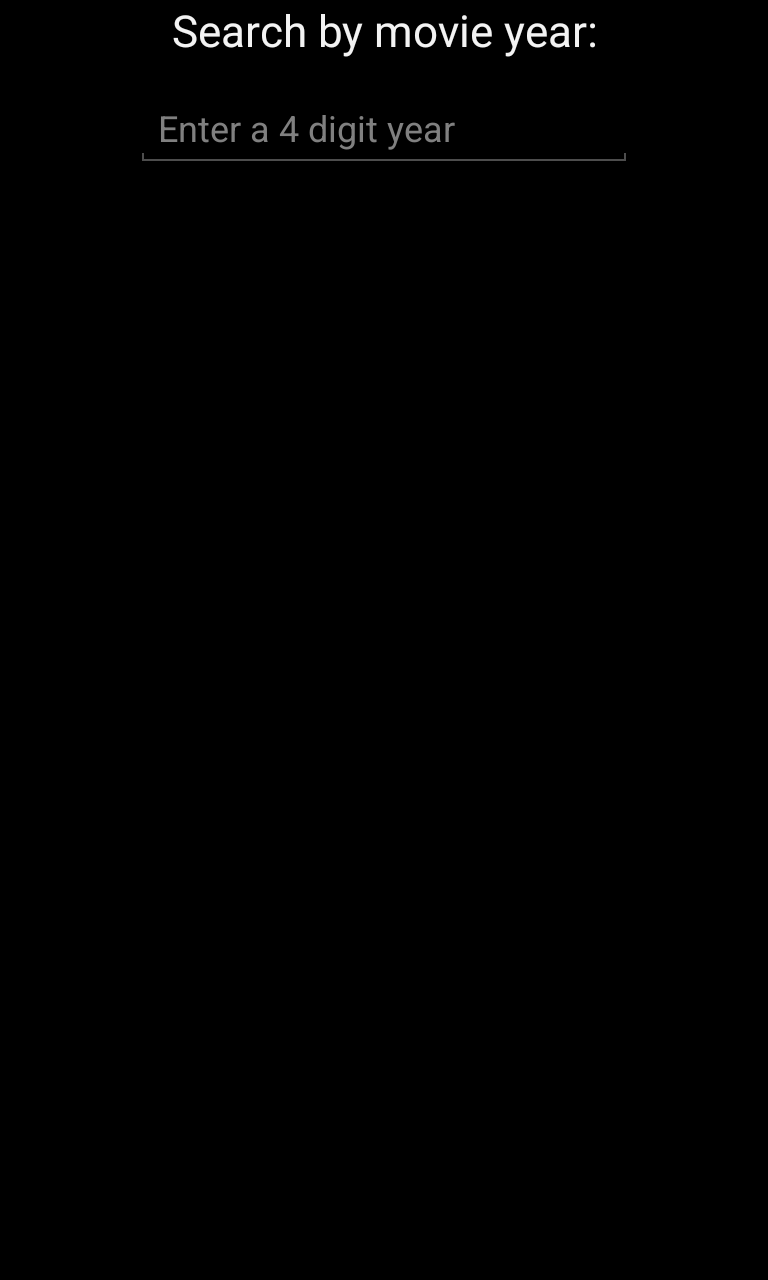
Repository: laurenelder/Java2_Elder
Layout: MovieLookup/res/layout/search_dialog.xml
An editor plug-in stored every save of this project. The layout is shown before and after the next save, followed by the edit.
It is drawn on a 768 x 1280 px phone screen (xhdpi) without system bars, with theme android:Theme.Holo; the app's code is not run. Lists and similar views that code fills are empty.

Above is the layout before, as saved 2014-08-01 01:04:38.

### MovieLookup/res/layout/search_dialog.xml
<?xml version="1.0" encoding="utf-8"?>
<LinearLayout xmlns:android="http://schemas.android.com/apk/res/android"
    android:layout_width="match_parent"
    android:layout_height="match_parent"
    android:orientation="vertical" >

    <TextView
        android:id="@+id/searchText"
        android:layout_width="250dp"
        android:layout_height="wrap_content"
        android:layout_gravity="center"
        android:gravity="center"
        android:textAppearance="?android:attr/textAppearanceLarge"
        android:text="@string/search_dialog_text" />

    <EditText
        android:id="@+id/searchDialogField"
        android:layout_width="250dp"
        android:layout_height="40dp"
        android:layout_marginTop="15dp"
        android:layout_marginBottom="7dp"
        android:layout_gravity="center"
        android:hint="@string/search_dialog_hint"/>

</LinearLayout>

### MovieLookup/res/values/strings.xml
<?xml version="1.0" encoding="utf-8"?>

<!-- MovieLookup -->
<!-- com.laurenelder.movielookup -->
<!-- Devin "Lauren" Elder -->
<!-- Jul 17, 2014 -->
<!-- Java 2 Term 1407 -->

<resources>

    <string name="app_name">Movie Lookup</string>
    <string name="hello_world">Hello world!</string>
    <string name="action_settings">Settings</string>
    <string name="action_favorites">Favorites</string>
    <string name="action_search">Search</string>
    <string name="title_text">Search to find all the information on your favorite movies!</string>
    <string name="button_text">Find!</string>
    <string name="search_button_text">Search!</string>
    <string name="search_hint">Star Trek</string>
    <string name="favorites_dialog_text">My Favorites:</string>
    <string name="search_dialog_text">Search by movie year:</string>
    <string name="search_dialog_hint">Enter a 4 digit year</string>
    <string name="settings_dialog_text">Select one of the following backgrounds to change your background:</string>
    <string name="main_api">http://www.omdbapi.com/?s=Star%20Trek_r=JSON</string>
    <string name="pre_detail_api">http://www.omdbapi.com/?i=</string>
    <string name="post_detail_api">_r=JSON</string>
    <string name="input_notification">Please enter a movie you would like to search for.</string>
    <string name="connection_notification">Connection Error: Please check to make sure you have an internet connection.</string>
    <string name="searching_notification">We are searching for your movie</string>
    <string name="details_notification">We are finding the details for your movie</string>
    <string name="file_name">apiJSONdata.txt</string>
    <string name="detail_file_name">.txt</string>
    <string name="n_a">Not Applicable</string>
    <string name="year_str">Year:</string>
    <string name="rated_str">Rated:</string>
    <string name="released_str">Date Released:</string>
    <string name="runtime_str">Runtime:</string>
    <string name="genre_str">Genre:</string>
    <string name="director_str">Director:</string>
    <string name="actor_str">Actors:</string>
    <string name="awards_str">Awards:</string>
    <string name="score_str">Metacritic Score:</string>
    <string name="image_hint">(Click Image for Larger Image)</string>
    <string name="image_desciption">Movie Poster</string>
    <string name="alert_title">Favorite Notification</string>
    <string name="alert_favMovie"> is now a favorite</string>
    <string name="alert_notFavMovie"> is not a favorite</string>
    <string name="alert_favRating">Rating Bar returned:</string>

</resources>

After the next save:
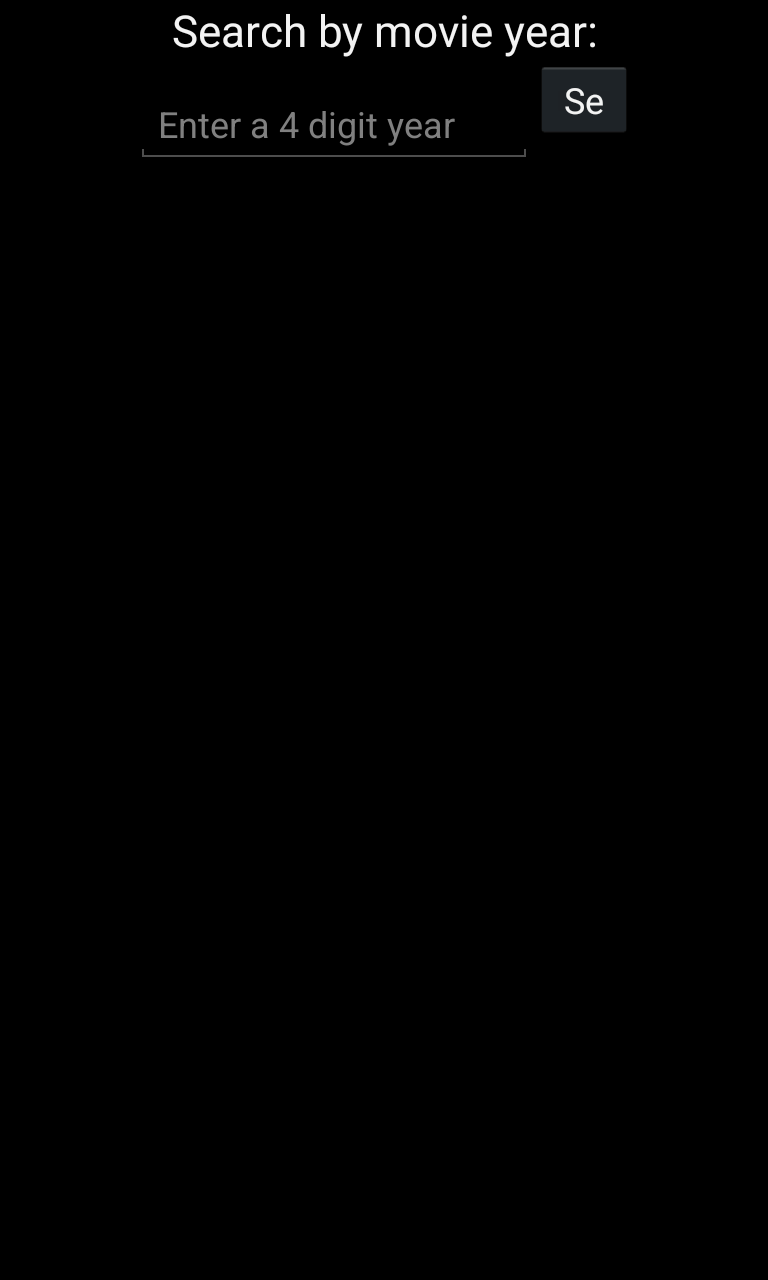
Saved 9 s later.
--- a/MovieLookup/res/layout/search_dialog.xml
+++ b/MovieLookup/res/layout/search_dialog.xml
@@ -13,13 +13,35 @@
         android:textAppearance="?android:attr/textAppearanceLarge"
         android:text="@string/search_dialog_text" />
 
-    <EditText
-        android:id="@+id/searchDialogField"
+    <LinearLayout
+        android:layout_height="50dp"
         android:layout_width="250dp"
-        android:layout_height="40dp"
-        android:layout_marginTop="15dp"
-        android:layout_marginBottom="7dp"
-        android:layout_gravity="center"
-        android:hint="@string/search_dialog_hint"/>
+        android:orientation="horizontal"
+        android:layout_gravity="center">
+
+        <EditText
+     	    android:id="@+id/searchDialogField"
+     	    android:layout_width="200dp"
+     	    android:layout_height="40dp"
+      	    android:layout_marginTop="15dp"
+      		android:layout_marginBottom="7dp"
+            android:layout_gravity="center"
+            android:hint="@string/search_dialog_hint"/>
+
+        <Button
+            android:layout_width="50dp"
+            android:layout_height="40dp"
+            android:gravity="center"
+            android:text="@string/search_button_text"/>
+
+    </LinearLayout>
+
+
+
+    <ListView
+	    android:id="@+id/searchList"
+	    android:layout_width="wrap_content"
+	    android:layout_height="wrap_content"
+	    android:layout_gravity="center"/>
 
 </LinearLayout>
